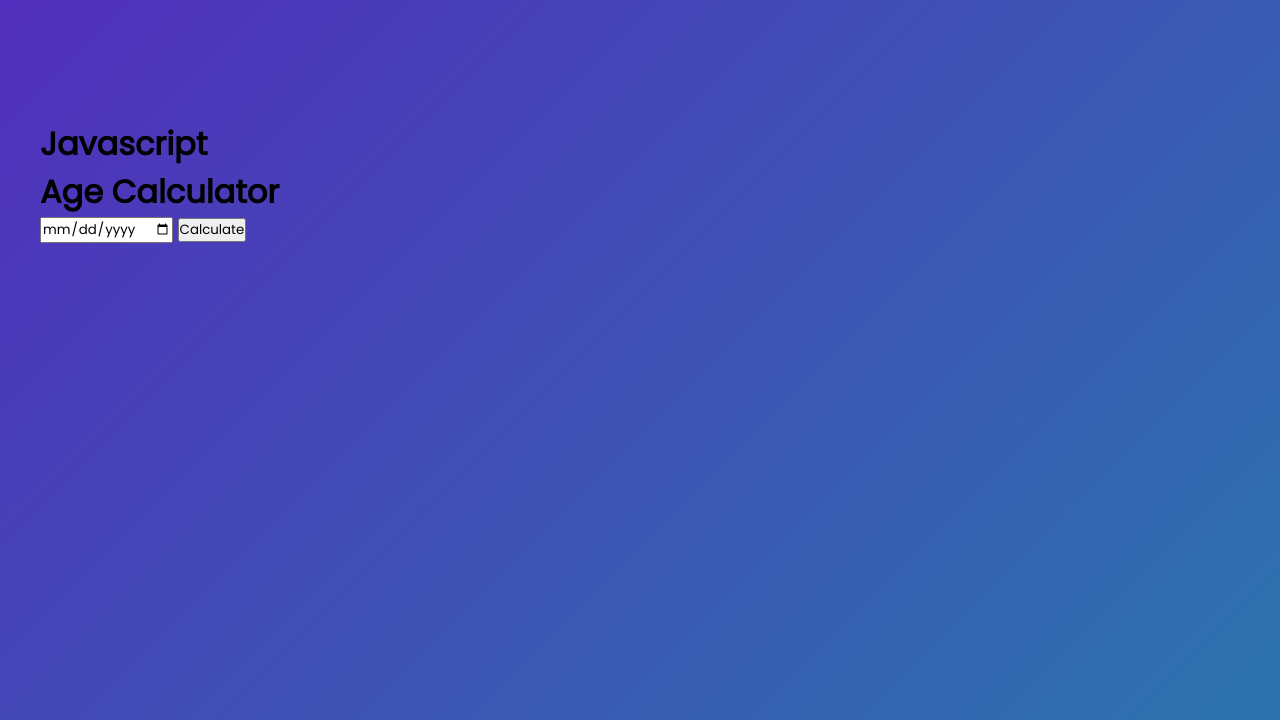
Repository: Ankitkr2021/Age-Calculator
Page: index.html
An editor plug-in stored every save of this project. The page is shown before and after the next save, followed by the edit.
The browser window is 1280 px wide. The pictures show the whole page.

Above is the page before, as saved 2025-10-05 10:22:36.

After the next save:
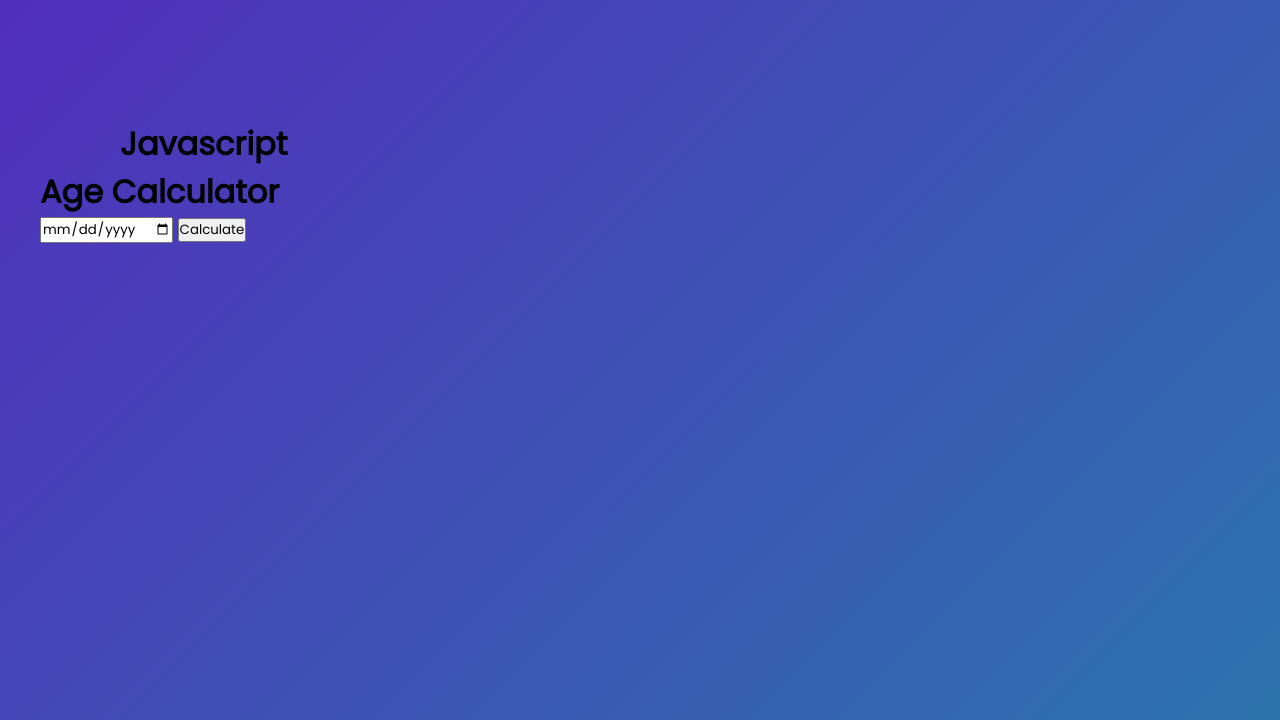
Saved 12 s later.
--- a/style.css
+++ b/style.css
@@ -21,4 +21,6 @@
 
 .js{
     padding-top: 80px;
+    padding-left: 80px;
+
 }
